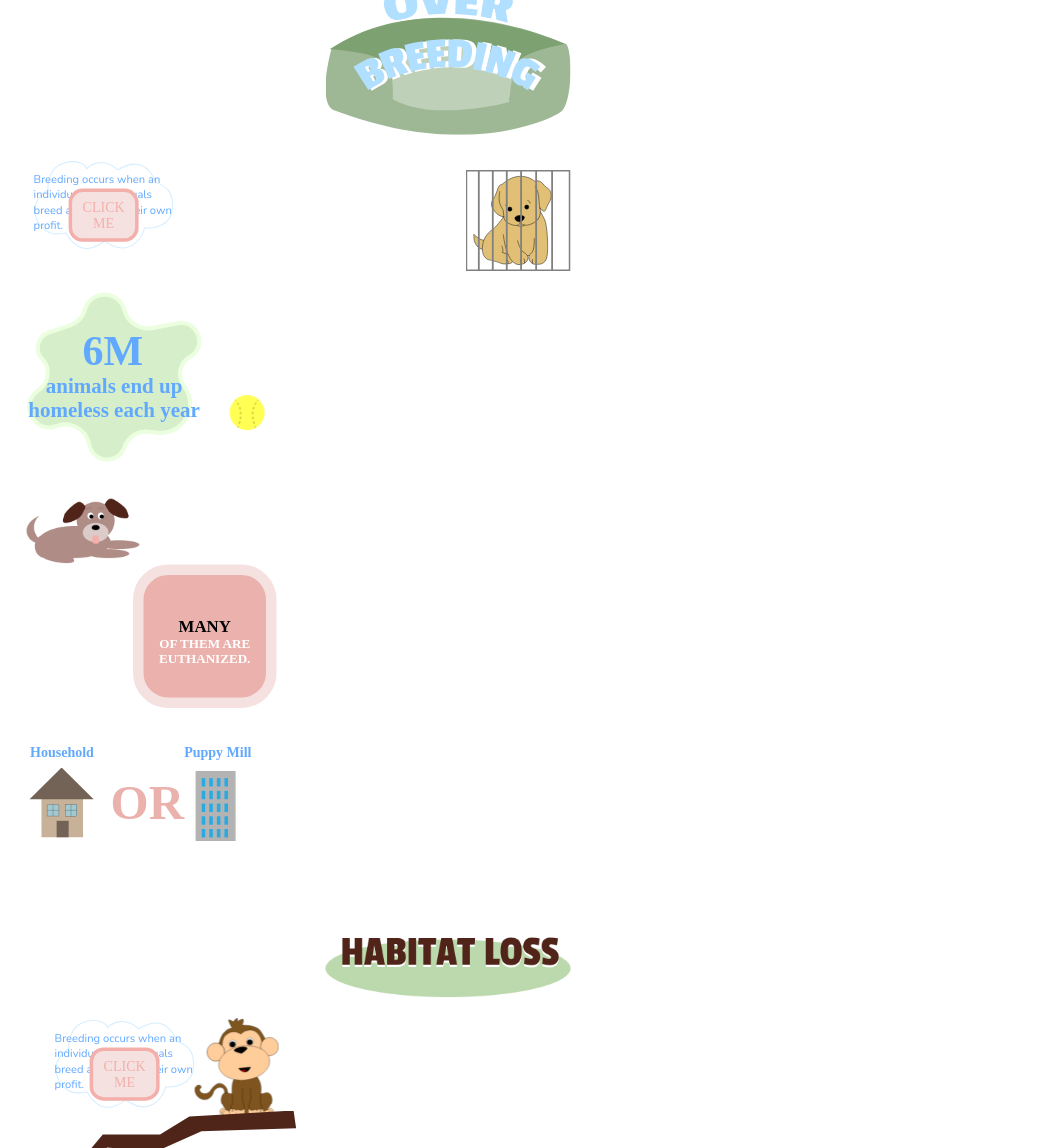
Repository: SoleilDagneau/MDIA2109Midterm
Page: index.html
These files come from the project's save history. The page is drawn as it stood at one moment and after the next save; the edit follows.
The browser window is 1280 px wide. The page is 1492 px wide, so the pictures cover 1492 px, including what lies to the right of the window. The pictures show the part of the page from y = 958 to 2598 px (the page is 4546 px tall), at 70% of full size.
Some web fonts or font styles are not loaded; a fallback is used.

Above is the page before, as saved 2022-03-07 11:04:47.
Console error: TypeError: Cannot set properties of null (setting 'innerText')

After the next save:
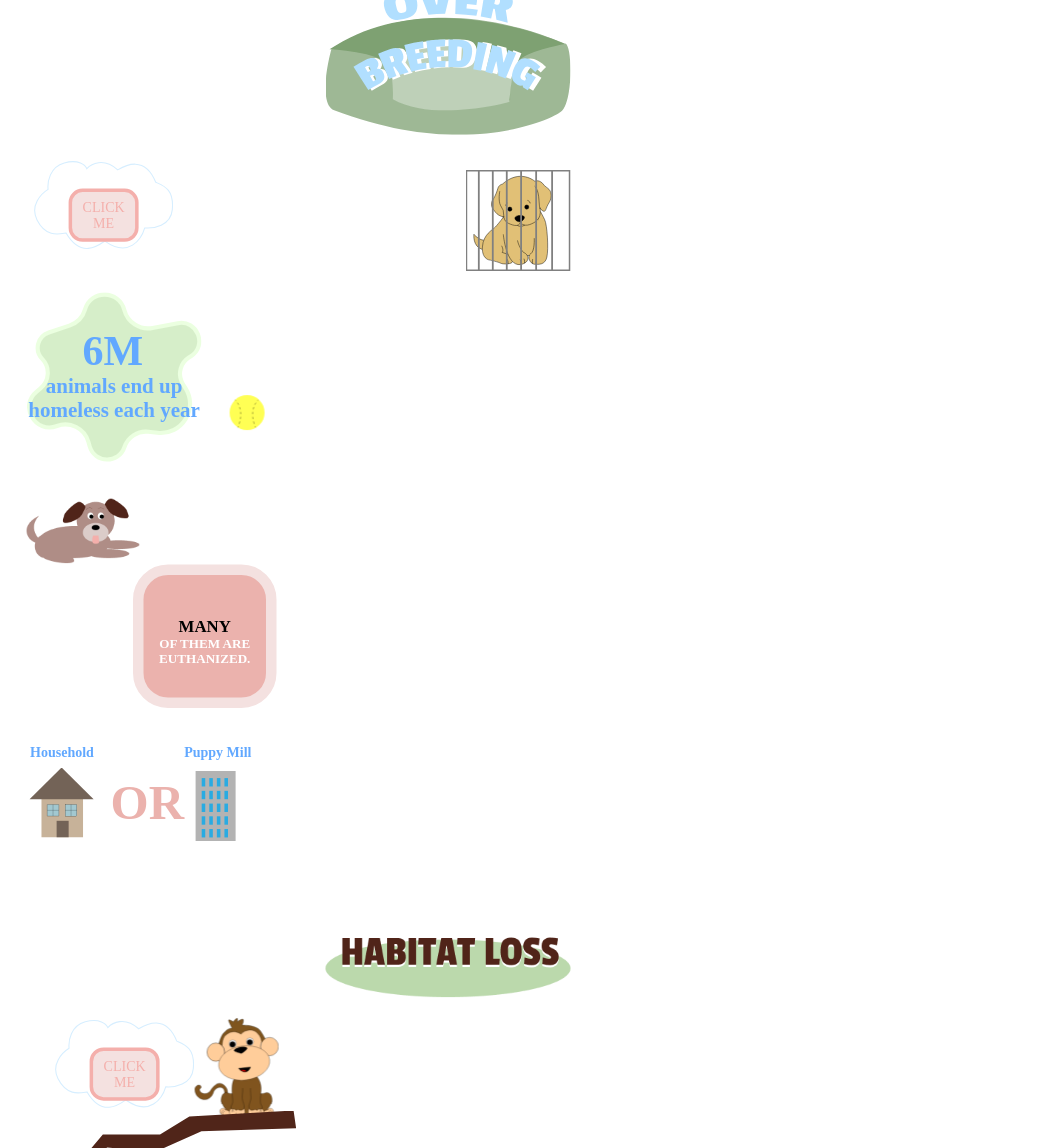
Saved 8 s later.
--- a/utils/clickbubble.js
+++ b/utils/clickbubble.js
@@ -20,13 +20,7 @@ template_clickbubble.innerHTML = `
 
         margin:50px;
     }
-    #cloud_text{
-        font-family:'nunito', sans-serif;
-        color:#61A8FF;
-        display:block;
-        position:absolute;
 
-    }
     img{
         width: 200px;
     }
@@ -36,7 +30,7 @@ template_clickbubble.innerHTML = `
 </style>
 <div id="click_bubble">
     <img src="imgs/cloud.svg" alt="cloud svg"/>
-        <p id="cloud_text">Breeding occurs when an individual or individuals breed animals for their own profit.</p>
+
         <button id="desc_text">
             CLICK ME
         </button>
